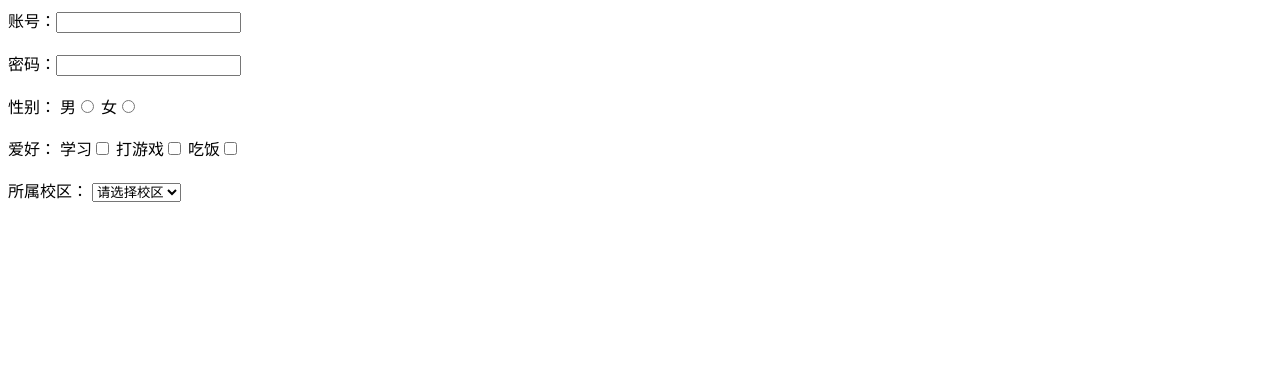
Repository: Lconfident/Learning_Process
Page: Vue/vue_basic/13__收集表单数据/1.收集表单数据.html
An editor plug-in stored every save of this project. The page is shown before and after a run of saves, followed by the edit.
The browser window is 1280 px wide. The pictures show the whole page.

Above is the page before, as saved 2023-07-22 10:30:08.

After the next 3 saves:
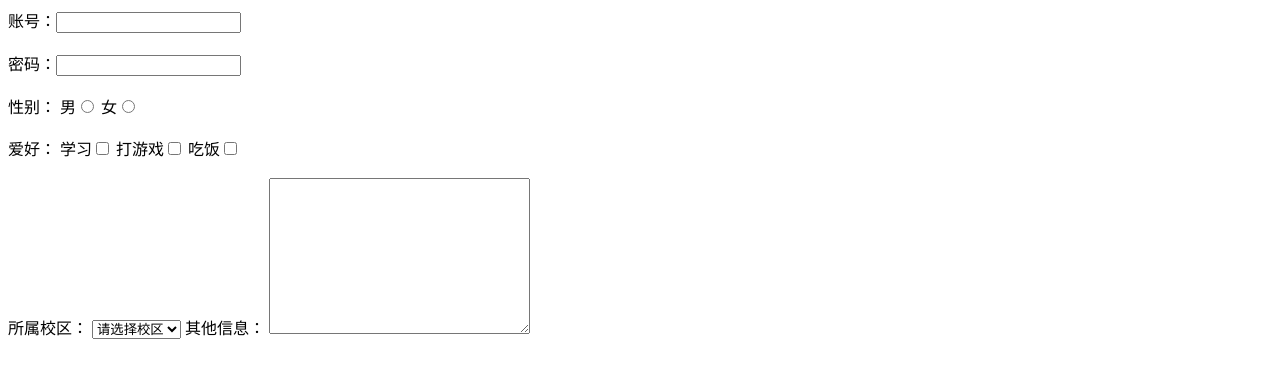
The 3 saves are shown as one change because they came seconds apart.
The last was saved 19 s later.
--- a/Vue/vue_basic/13__收集表单数据/1.收集表单数据.html
+++ b/Vue/vue_basic/13__收集表单数据/1.收集表单数据.html
@@ -30,7 +30,8 @@
                 <option value="wuhan">武汉</option>
                 <option value="shenzhen">深圳</option>
             </select>
-
+            其他信息：
+            <textarea name="" id="" cols="30" rows="10"></textarea>
         </form>
     </div>
 
